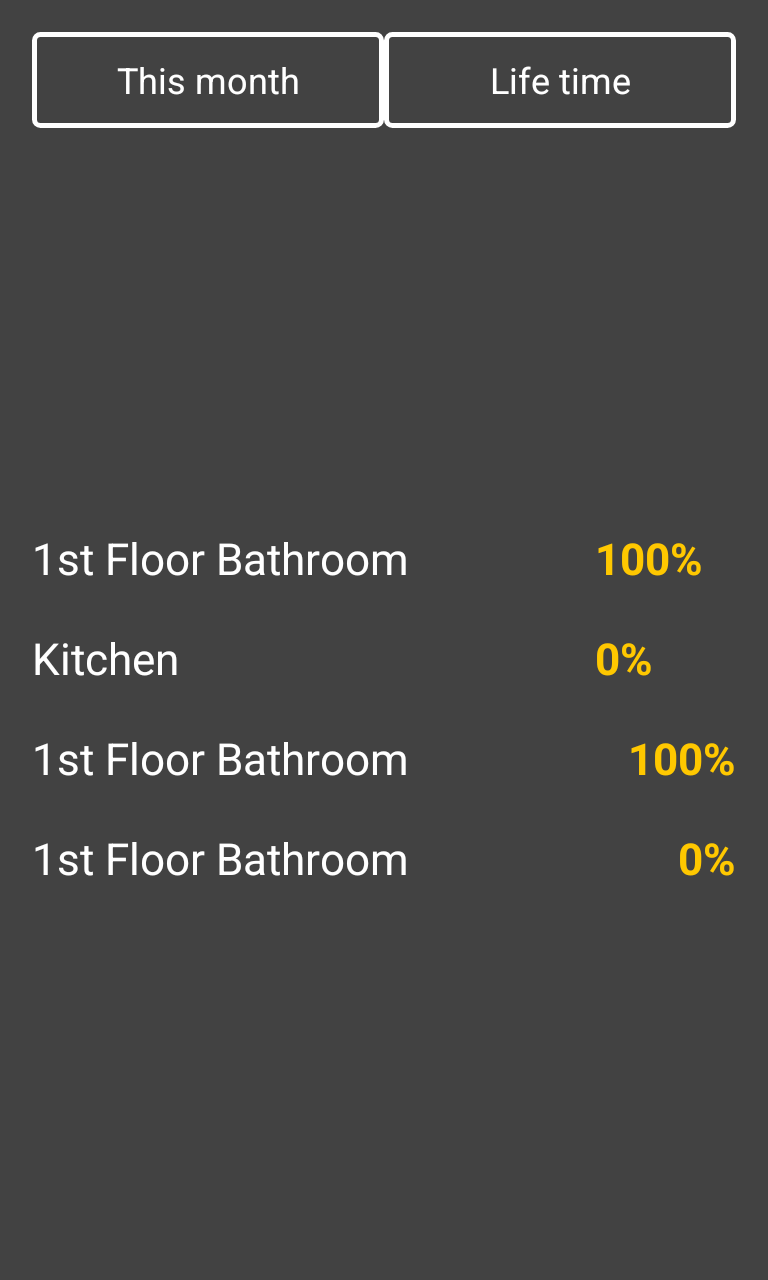
Repository: prabushitha/hydrosaver
Layout: hydrosaver/res/layout/activity_sections.xml
The author's editor kept a copy of each file at every save. The layout is drawn from the files as they stood at one save, then again after the next save.
It is drawn on a 768 x 1280 px phone screen (xhdpi) without system bars, with theme AppTheme; the app's code is not run.

Above is the layout before, as saved 2016-10-08 16:52:30.

After the next save:
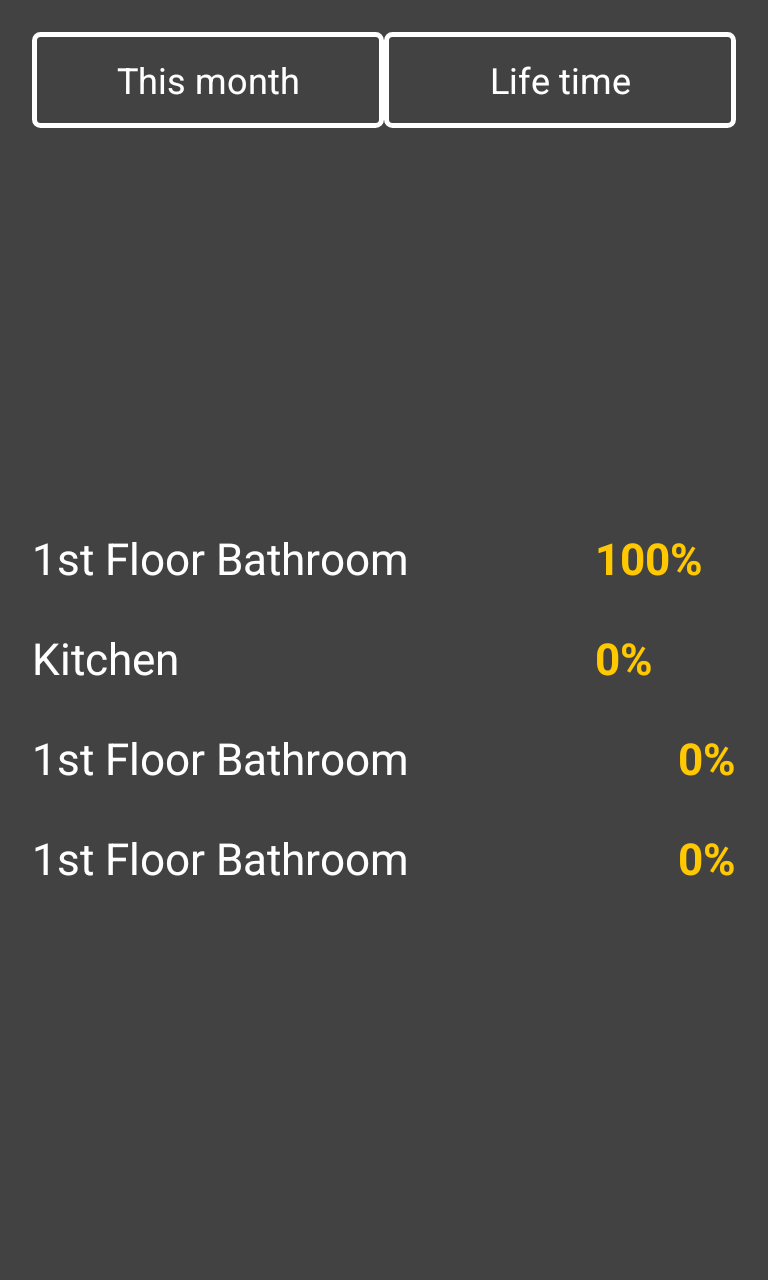
Saved 5 s later.
--- a/hydrosaver/res/layout/activity_sections.xml
+++ b/hydrosaver/res/layout/activity_sections.xml
@@ -114,7 +114,7 @@
 		        android:layout_width="0dp"
 		        android:layout_height="wrap_content"
 		        android:textAppearance="?android:attr/textAppearanceLarge"
-		        android:text="100%"
+		        android:text="0%"
 		        android:textColor="#ffc800"
 		        android:minHeight="100px"
 		        android:singleLine="false"
